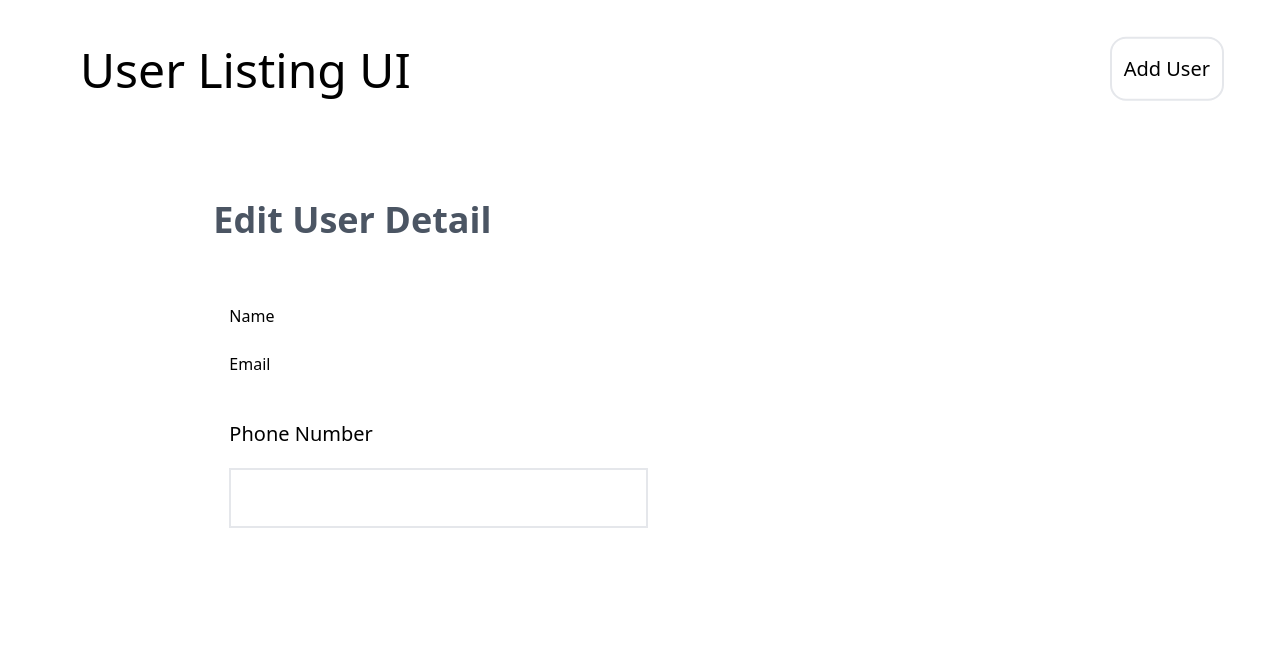
Repository: Marlstergo/listings
Page: /order (app in client/)
These files come from the project's save history. The page is drawn as it stood at one moment and after the next save; the edit follows.
The browser window is 1280 px wide. The pictures show the whole page.
The project was rebuilt for these pictures with package versions that can differ from the ones it lists, and the page was loaded fresh each time. Also part of the build but not shown: client/craco.config.js, client/src/components/Loader.js, client/src/components/UserRow.jsx, client/src/components/Home.js, client/src/components/Modal.js. Imported but missing from the stored project, and not drawn on this page: client/src/components/Base, client/src/components/Toppings.

Above is the page before, as saved 2021-07-21 15:19:03.

After the next save:
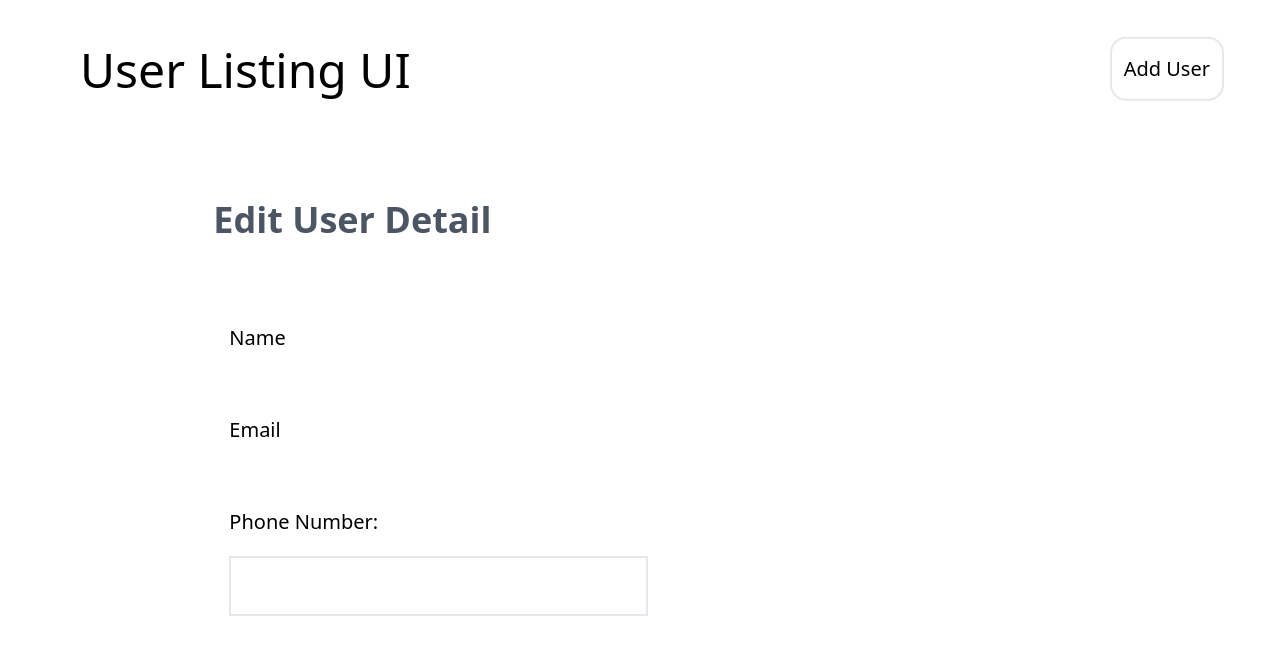
Saved 42 s later.
--- a/client/src/components/EditUser.js
+++ b/client/src/components/EditUser.js
@@ -46,15 +46,15 @@ const Order = () => {
 
       <motion.form variants={childVariants} className="pl-4">
         <div className="flex flex-col">
-          <label htmlFor="">Name</label>
+          <label className="text-xl my-5" htmlFor="">Name</label>
           <input type="text" name="name" id="name" />
         </div>
         <div className="flex flex-col">
-          <label htmlFor="">Email</label>
+          <label className="text-xl my-5" htmlFor="">Email</label>
           <input type="text" name="email" id="email" />
         </div>
         <div className="flex flex-col">
-          <label htmlFor="phone" className="text-xl my-5" >Phone Number</label>
+          <label htmlFor="phone" className="text-xl my-5" >Phone Number:</label>
           <input type="text" name="phone" className="px-3 py-4 w-1/2 border-2" id="phone" />
         </div>
       </motion.form>
